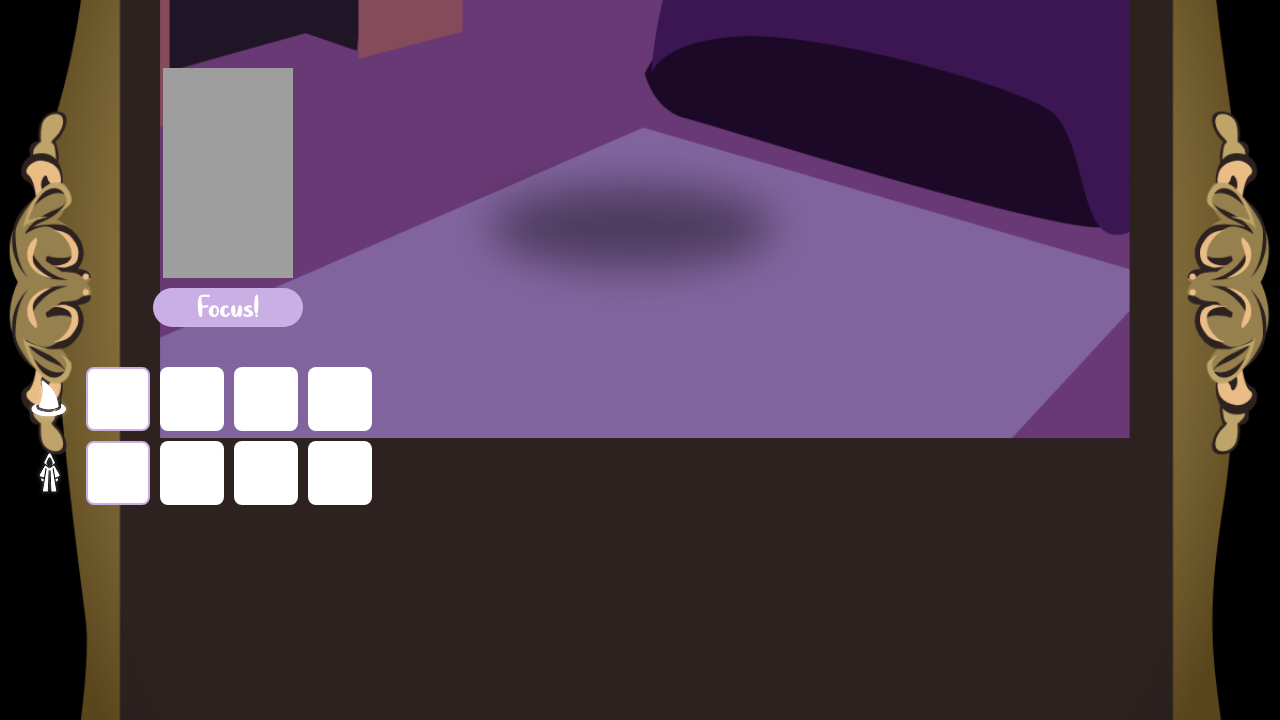
Repository: zhangolivia7/Little-Witch-Alcove
Page: popup.html
The author's editor kept a copy of each file at every save. The page is drawn from the files as they stood at one save, then again after the next save.
The browser window is 1280 px wide. The pictures show the whole page.
Pictures or frames that could not be fetched are drawn as grey boxes.

Above is the page before, as saved 2025-11-15 16:47:47.

After the next save:
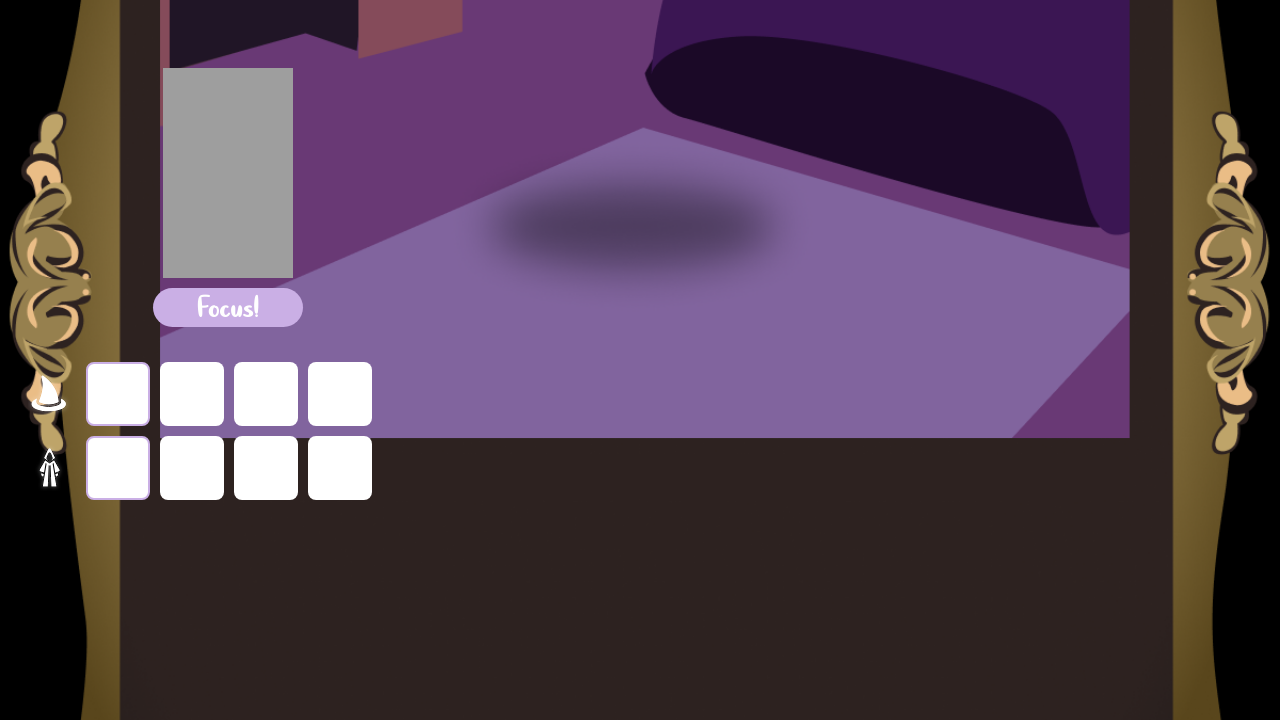
Saved 9 s later.
--- a/popup.css
+++ b/popup.css
@@ -42,7 +42,7 @@ body {
   }
 
   #customization {
-    margin-top: 30px;
+    margin-top: 25px;
     padding: 10px 0;
   }
 
